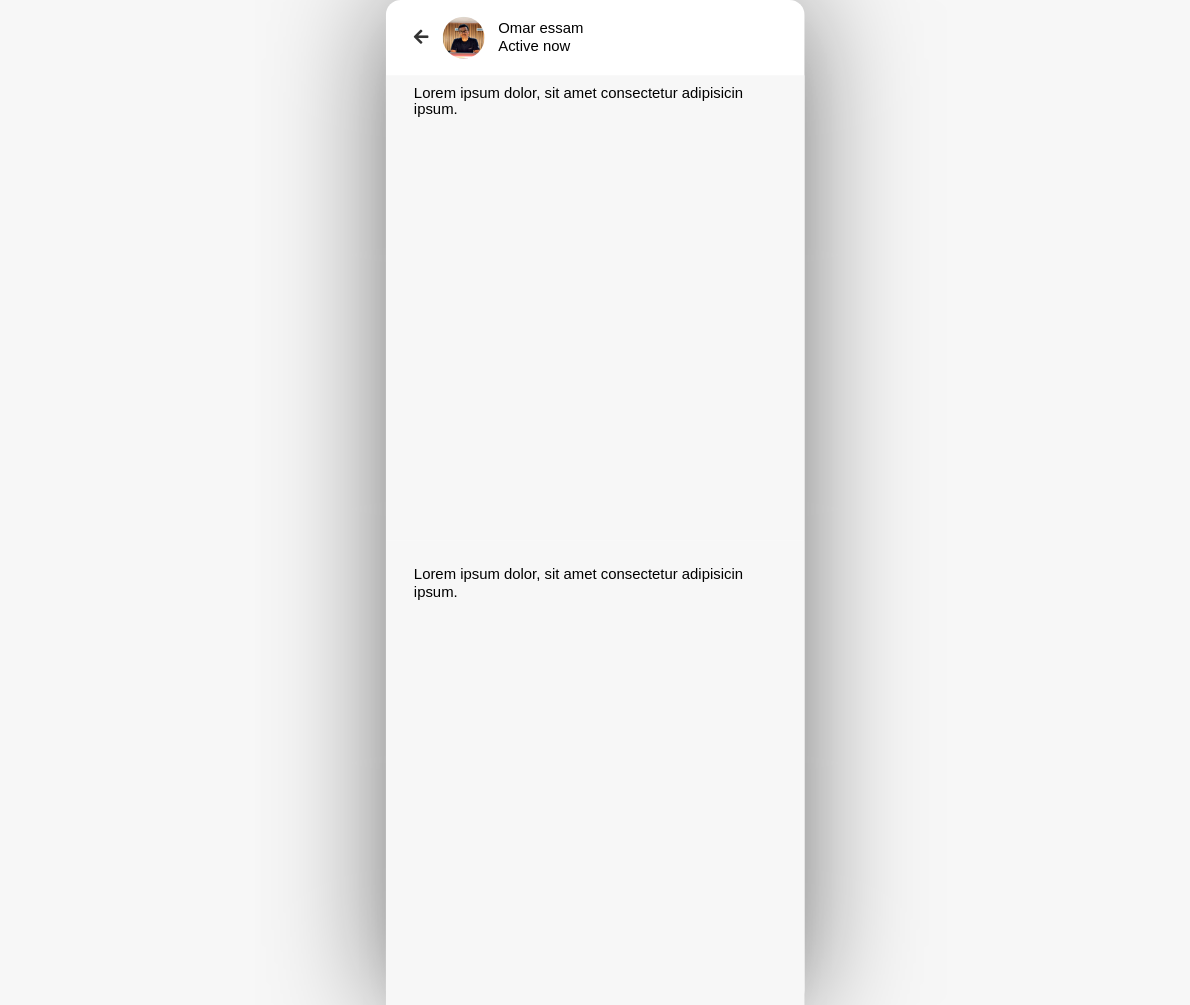
Repository: OmarEssameldinMousa/Chat-Application
Page: chat.html
An editor plug-in stored every save of this project. The page is shown before and after the next save, followed by the edit.
The browser window is 1280 px wide. The pictures show the whole page, at 93% of full size.

Above is the page before, as saved 2023-09-22 22:16:38.

### chat.html
<!DOCTYPE html>
<html lang="en">

<head>
    <meta charset="UTF-8">
    <meta name="viewport" content="width=device-width, initial-scale=1.0">
    <title>Realtime Chat App</title>
    <link rel="stylesheet" href="css/normalize.css">
    <link rel="stylesheet" href="css/all.min.css">
    <link rel="stylesheet" href="css/style.css">
</head>

<body>
    <div class="wrapper">
        <section class="chat-area">
            <header>
                <a href="" class="back-icon"><i class="fas fa-arrow-left"></i></a>
                <img src="images/124374760.jpg" alt="">
                <div class="details">
                    <span>Omar essam</span>
                    <p>Active now</p>
                </div>
            </header>

            <div class="chat-box">
                <div class="chat outgoing">
                    <div class="details">
                        <p>Lorem ipsum dolor, sit amet consectetur adipisicin ipsum.</p>
                    </div>
                </div>
            </div>

            <div class="chat-box">
                <div class="chat incoming">
                    <img src="" alt="">
                    <div class="details">
                        <p>Lorem ipsum dolor, sit amet consectetur adipisicin ipsum.</p>
                    </div>
                </div>
            </div>


        </section>
    </div>
</body>

</html>

### css/style.css
* {
    margin: 0;
    padding: 0;
    box-sizing: border-box;
    text-decoration: none;
    font-family: 'Poppins', sans-serif;
}


body {
    display: flex;
    align-items: center;
    justify-content: center;
    min-height: 100vh;
    background: #f7f7f7;
}

.wrapper {
    background: #fff;
    width: 450px;
    border-radius: 16px;
    box-shadow: 0 0 128px 0 rgba(0, 0, 0, 0.5), 0 32px 64px -48px rgba(0, 0, 0, 0.5);
}

/* Signup Form*/
.form {
    padding: 25px 30px;
}

.form header {
    font-size: 25px;
    font-weight: 600;
    padding-bottom: 10px;
    border-bottom: 1px solid #e6e6e6;
}

.form form {
    margin: 20px 0;
}

.form form .error-txt {
    color: #721c24;
    background: #f8d7da;
    padding: 8px 10px;
    text-align: center;
    border-radius: 5px;
    margin-bottom: 10px;
    border: 1px solid #f5c6cb
}

.form form .name-details {
    display: flex;
}

form .name-details .field:first-child {
    margin-right: 10px;
}

form .name-details .field:last-child {
    margin-left: 10px;
}

.form form .field {
    display: flex;
    flex-direction: column;
    margin-bottom: 10px;
    position: relative;
}

.form form .field label {
    margin-bottom: 2px;
}


.form form .input input {
    outline: none;
}


.form form .input input {
    height: 40px;
    width: 100%;
    font-size: 16px;
    padding: 0 10px;
    border: 1px solid #ccc;
    border-radius: 5px;
}

.form form .image input {
    font-size: 17px;
}

.form form .button input {
    margin-top: 13px;
    height: 45px;
    border: none;
    font-size: 17px;
    font-weight: 500px;
    background: #333;
    color: #fff;
    border-radius: 5px;
    cursor: pointer;
}

.form form .field i {
    position: absolute;
    right: 15px;
    top: 70%;
    transform: translateY(-50%);
    cursor: pointer;
    color: #ccc;
}

.form .link {
    text-align: cetner;
    margin: 10px 0;
    font-size: 17px;
}

.form .link a {
    color: #333;
}

.form .link a:hover {
    text-decoration: underline;
}

.users {
    padding: 25px 30px;
}

.users header,
.users-list a {
    display: flex;
    align-items: center;
    justify-content: center;
    justify-content: space-between;
    border-bottom: 1px solid #e6e6e6;
    padding-bottom: 15px;

}

.wrapper img {
    object-fit: cover;
    border-radius: 50%;
}

:is(.users, .users-list) .content {
    display: flex;
    align-items: center;
}

.users header .content img {
    height: 50px;
    width: 50px;
}


:is(.users, .users-list) .details {
    color: #000;
    margin-left: 15px;
}

:is(.users, .users-list) .details span {
    font-size: 18px;
    font-weight: 500px;
}

.users header .Logout {
    color: #fff;
    padding: 7px 15px;
    background: #333;
    border-radius: 5px;
    font-size: 17px;
}

.users .search {
    margin: 20px 0;
    display: flex;
    justify-content: space-between;
    align-items: center;
    position: relative;
}

.users .search .text {
    font-size: 18px;
}

.users .search input {
    position: absolute;
    height: 43px;
    width: calc(100% - 50px);
    border: 1px solid #ccc;
    padding: 0 13px;
    font-size: 16px;
    border-radius: 5px;
    outline: none;
}

.users .search button {
    width: 47px;
    height: 43px;
    border: none;
    outline: none;
    color: #fff;
    background-color: #333;
    border-radius: 0 5px 5px 0;
    cursor: pointer;
    font-size: 17px;
}

.users-list {
    max-height: 350px;
    overflow-y: auto;
}

.users-list::-webkit-scrollbar {
    width: 0px;
}


.users-list a {
    padding-right: 10px;
    padding-bottom: 10px;
    margin-bottom: 10px;
    border-bottom-color: #f1f1f1;
}

.users-list a:last-child {
    border: none;
    margin-bottom: 0px;
}

.users-list a .content img {
    height: 40px;
    width: 40px;
}


.users header .content p {
    color: #67676a;
}

.users-list a .status-dot {
    font-size: 12px;
    color: #67676a;
}

/* to use the online status */
.users-list a .status-dot.offline {
    font-size: 12px;
    color: #468669;
}


/* Chat Area CSS style */

.chat-area header {
    display: flex;
    align-items: center;
    padding: 18px 30px;
}

.chat-area header .back-icon {
    font-size: 18px;
    color: #333;
}

.chat-area header img {
    height: 45px;
    width: 45px;
    margin: 0 15px;
}


.chat-area header span {
    font-size: 17x;
    font-weight: 500;

}

.chat-box {
    height: 500px;
    background-color: #f7f7f7;
    padding: 10px 30px 20px 30px;
    /* box-shadow: ; */
}

Loaded but not shown: css/normalize.css (library); css/all.min.css (library)

After the next save:
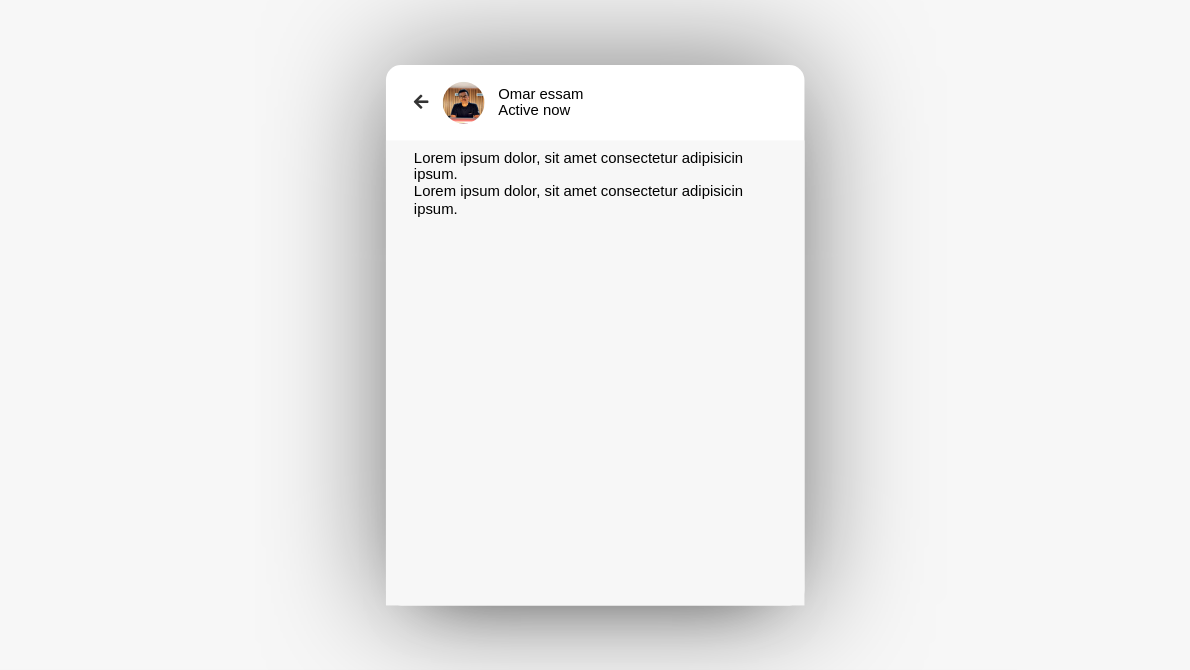
Saved 45 min 10 s later.
--- a/chat.html
+++ b/chat.html
@@ -28,11 +28,8 @@
                         <p>Lorem ipsum dolor, sit amet consectetur adipisicin ipsum.</p>
                     </div>
                 </div>
-            </div>
 
-            <div class="chat-box">
-                <div class="chat incoming">
-                    <img src="" alt="">
+                <div class="chat outgoing">
                     <div class="details">
                         <p>Lorem ipsum dolor, sit amet consectetur adipisicin ipsum.</p>
                     </div>
